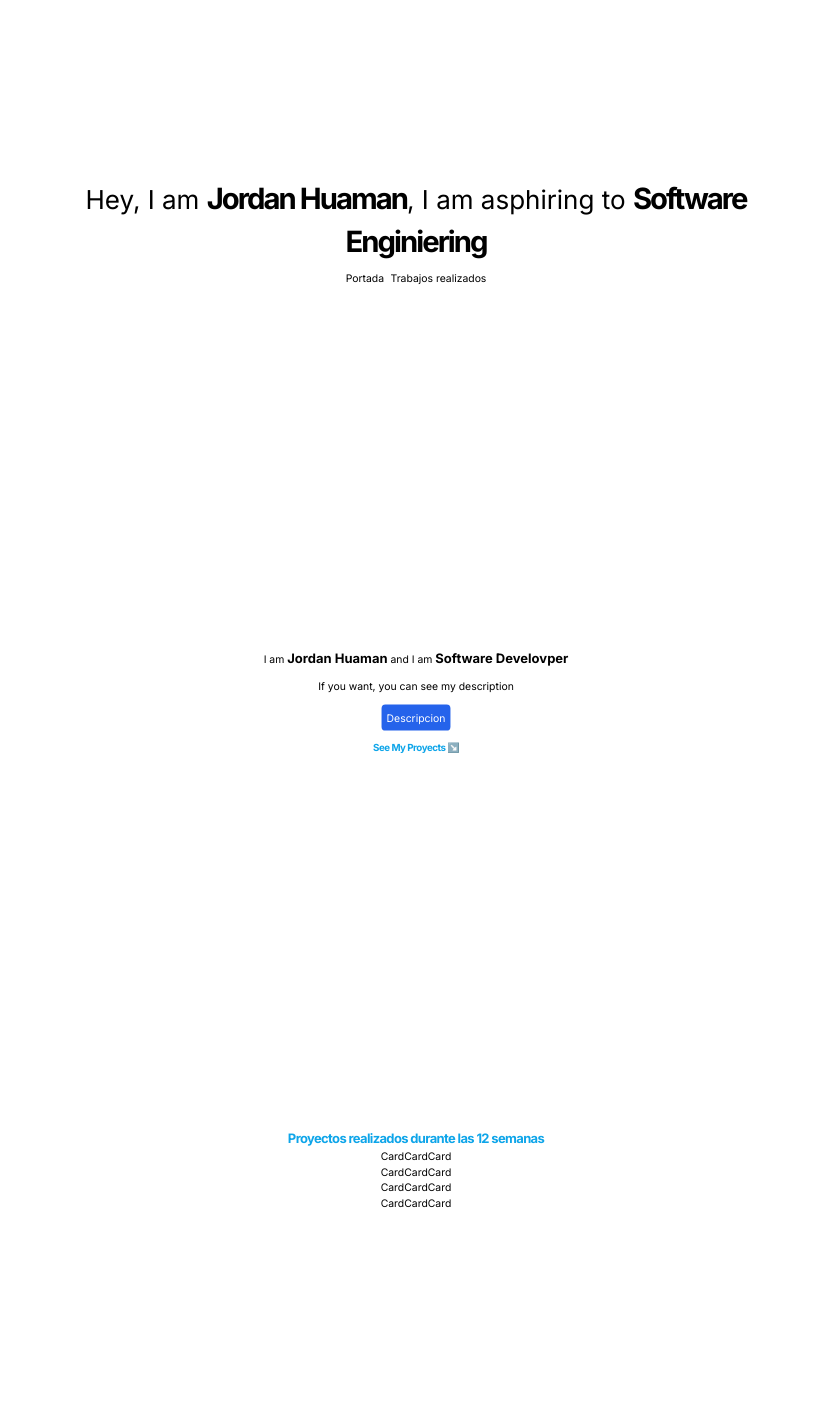
Repository: devsecops-node/portafolio-nextj-pages
Page: /
An editor plug-in stored every save of this project. The page is shown before and after the next save, followed by the edit.
The browser window is 1280 px wide. The pictures show the whole page, at 65% of full size.
The project was rebuilt for these pictures with package versions that can differ from the ones it lists, and the page was loaded fresh each time. The framework's server and built-in components were replaced by stand-ins that run in the browser. Also part of the build but not shown: next.config.js, src/components/Modal.jsx, src/styles/transitionPage.module.css.

Above is the page before, as saved 2024-01-15 04:39:33.

### src/app/page.js
"use client"
import Dashboard from '@/components/Dashboard'
import Transition from '@/components/Transition'
import Image from 'next/image'
import { useEffect, useState } from 'react'

export default function Home() {
  const [showAnimation, setShowAnimation] = useState(true)

  useEffect(() => {
    console.log('Ejecutando')
    setTimeout(() => {
      setShowAnimation(false)
    }, 2000)
  }, [])
  return (
    <main className='h-[100vh]'>
      {showAnimation ? <Transition /> : <Dashboard />}
    </main>
  )
}

### src/components/Dashboard.jsx
import React from 'react'
import stles from "@/styles/dashboard.module.css"
import Portada from './Portada'
import { useRef } from 'react'
import Proyects from './Proyects'

const Dashboard = () => {

  const scrollToPortada = () => {
    const portada = document.getElementById('portada')

    if (portada) {
      console.log('ejecutando id')
      portada.scrollIntoView({ behavior: 'smooth' })
    }
  }

  const scrollToProyects = () => {
    const portada = document.getElementById('proyects')

    if (portada) {
      console.log('ejecutando id')
      portada.scrollIntoView({ behavior: 'smooth' })
    }
  }

  return (
    <section className={stles.home_view}>
      <div className='h-screen flex justify-center items-center flex-col'>
        <div className={stles.home_view_principal}>
          <p className={stles.animar_text} id='detec'> Hey, I am <span className="animacion-bolder">Jordan
            Huaman</span>, I am asphiring to <span className={stles.detect}>Software Enginiering</span>
          </p>
        </div>
        <div className={stles.home_view_links}>
          <a onClick={scrollToPortada} className={stles.animar_abajo}>
            <p>Portada</p>
          </a>
          {/* <a href="" className={stles.animar_abajo}>
            <p>Bienvenida Introduccion</p>
          </a>
          <a href="" className={stles.animar_arriba}>
            <p>Tabla de contenido</p>
          </a><a href="" className={stles.animar_arriba}>
            <p>Informacion sobre mi</p>
          </a> */}
          <a  onClick={scrollToProyects} className={stles.animar_abajo}>
            <p>Trabajos realizados</p>
          </a>

        </div>
        <div>
        </div>
      </div>
      <div id='portada'>
        <Portada scrolProyects={scrollToProyects}/>
      </div>
      <div id='proyects'>
        <Proyects/>
      </div>
    </section>
  )
}

export default Dashboard

### src/components/Transition.jsx
import React from 'react'
import styles from "@/styles/transitionPage.module.css"

const Transition = () => {
  return (
    <div className={styles.home}>
      <main className=''>
        <p className={styles.text_1}>Jh</p>
        <p className={styles.text_2}>Jordan Huaman - Porfolio</p>
      </main>
      <footer>
        <p className={styles.text_3}>Software Engineerin - 2024</p>
      </footer>
    </div>
  )
}

export default Transition

### src/styles/dashboard.module.css
/* ? Home-view part */
.home_view {
  height: 100%;
}

.animar_text {
  animation: apper-2 2s;
  -webkit-animation: apper-2 2s;
}

.home_view_principal {
  width: 90%;
  margin: 0 auto;
}

.home_view_principal p {
  text-align: center;
  font-size: 40px;
}

.home_view_principal p span {
  font-size: 45px;
  letter-spacing: -3px;
  font-weight: bold;
}

.home_view_principal p span:hover .child {
  background-color: red;
}

@keyframes apper-2 {
  0% {
    opacity: 0;
    transform: translateY(-200px);
    -webkit-transform: translateY(-200px);
    -moz-transform: translateY(-200px);
    -ms-transform: translateY(-200px);
    -o-transform: translateY(-200px);
  }

  50% {
    opacity: 1;
    transform: translateY(-20px);
    -webkit-transform: translateY(-20px);
    -moz-transform: translateY(-20px);
    -ms-transform: translateY(-20px);
    -o-transform: translateY(-20px);
  }

  100% {
    opacity: 1;
    transform: translateY(0px);
    -webkit-transform: translateY(0px);
    -moz-transform: translateY(0px);
    -ms-transform: translateY(0px);
    -o-transform: translateY(0px);
  }
}

.home_view_links {
  display: flex;
  padding: 10px;
  justify-content: space-between;
  gap: 10px;
}

/* Line aniamtion */
.line-animation {
  display: inline;
  cursor: pointer;
  position: relative;
  /* padding: 5px; */
}

.line-animation::after {
  /* margin-top: 10px; */
  content: "";
  position: absolute;
  width: 100%;
  height: 3px;
  top: auto;
  bottom: 14px;
  left: -4px;
  transform: scaleX(0);
  box-shadow: 0 5px 0 black;
  transform-origin: bottom right;
  transition: transform 0.5s ease-out;
}

.line-animation:hover:after {
  transform: scaleX(1);
  transform-origin: bottom left;
}

.animacion-bolder {
  animation: animar-bold 2s linear alternate slidein;
  -webkit-animation: animar-bold 2s linear alternate slidein;
}

.animar_arriba{
  animation: apper-arriba 2s;
  -webkit-animation: apper-arriba 2s;
}
.animar_abajo{
  cursor: pointer;
  animation: apper-abajo 2s;
  -webkit-animation: apper-abajo 2s;

}

@keyframes apper-arriba {
  0% {
    opacity: 0;
    transform: translateY(200px);
    -webkit-transform: translateY(200px);
    -moz-transform: translateY(200px);
    -ms-transform: translateY(200px);
    -o-transform: translateY(200px);
}

  50% {
    opacity: 1;
    transform: translateY(-20px);
    -webkit-transform: translateY(-20px);
    -moz-transform: translateY(-20px);
    -ms-transform: translateY(-20px);
    -o-transform: translateY(-20px);
  }

  100% {
    opacity: 1;
    transform: translateY(0px);
    -webkit-transform: translateY(0px);
    -moz-transform: translateY(0px);
    -ms-transform: translateY(0px);
    -o-transform: translateY(0px);
  }
}
@keyframes apper-abajo {
  0% {
    opacity: 0;
    transform: translateY(-200px);
    -webkit-transform: translateY(-200px);
    -moz-transform: translateY(-200px);
    -ms-transform: translateY(-200px);
    -o-transform: translateY(-200px);
}

  50% {
    opacity: 1;
    transform: translateY(-20px);
    -webkit-transform: translateY(-20px);
    -moz-transform: translateY(-20px);
    -ms-transform: translateY(-20px);
    -o-transform: translateY(-20px);
  }

  100% {
    opacity: 1;
    transform: translateY(0px);
    -webkit-transform: translateY(0px);
    -moz-transform: translateY(0px);
    -ms-transform: translateY(0px);
    -o-transform: translateY(0px);
  }
}

@keyframes animar-bold {
  0% {
    opacity: 0;
  }

  100% {
    opacity: 1;
  }
}

### src/components/Portada.jsx
import React, { useState } from 'react'
import Modal from './Modal'

const Portada = ({ scrolProyects }) => {
  const [modal, setModal] = useState(false)
  const showModal = () => {
    setModal(true)
  }
  const closeModal = () => {
    setModal(false)
  }

  const srolPro = () => {
    scrolProyects()
  }

  return (
    <div className='h-screen flex justify-center items-center relative'>
      <section className='flex justify-center flex-col items-center gap-4'>
        <p>I am <span className='text-[20px] font-bold'>Jordan Huaman</span> and I am <span className='text-[20px] font-bold'>Software Develovper</span></p>
        <p>If you want, you can see my description</p>
        <button onClick={showModal} className='bg-blue-600 p-2 rounded-md text-white hover:scale-105 duration-150 ease-in-out'>Descripcion</button>
        {modal ? <Modal setModal={closeModal}  /> : <></>}
        <p className='text-sky-500 font-bold tracking-tighter text-[15px] transition-all duration-150 hover:scale-105 ease-in-out cursor-pointer' onClick={srolPro}>See My Proyects <span>↘️</span></p>
      </section>
    </div>
  )
}

export default Portada

### src/components/Proyects.jsx
import React from 'react'
import Card from './Card';
import styles from '@/styles/proyectos.module.css'

const Proyects = () => {
  const planDeEstudios = [
    {
      semana: 1,
      tecnologias_usadas: [
        "Fundamentos de tecnologías web",
        "DNS",
        "Protocolo TCP/IP",
        "Protocolo HTTP"
      ],
      reflexion: "Roles en el desarrollo de Aplicaciones para Internet",
      proyecto: "Desarrollo de una aplicación web",
      resumen_de_clase: "Herramienta de desarrollo - Visual Studio Code"
    },
    {
      semana: 2,
      tecnologias_usadas: ["HTML", "XML", "SEO", "CSS3"],
      reflexion: "Estructura HTML y XML, Árbol DOM, Renderizado de Árbol",
      proyecto: "Diseño de una página web",
      resumen_de_clase: "Diseño flexbox, diseño fluido y diseño responsivo"
    },
    {
      semana: 3,
      tecnologias_usadas: ["Bootstrap", "Tailwind"],
      reflexion: "Desarrollo de una página web Front-End con Librerías CSS",
      proyecto: "Práctica Calificada 01: Desarrollo de un sitio web con framework",
      resumen_de_clase: "Tipografía, Layout, Flexbox, Application UI"
    },
    {
      semana: 4,
      tecnologias_usadas: ["Javascript", "DOM", "Canvas"],
      reflexion: "Desarrollo de una página web Front-End con Javascript",
      proyecto: "Trabajo 01: Manejar el DOM con Javascript y Canvas",
      resumen_de_clase: "Funciones, Clases, Arrays, Objetos Map y Set"
    },
    {
      semana: 5,
      tecnologias_usadas: ["Framework JS"],
      reflexion: "Estructura y operación de Framework – Client Side Rendering",
      proyecto: "Laboratorio 05A: Pasar datos con props y children y mostrar en un componente hijo",
      resumen_de_clase: "Gestión de dependencias, Desarrollo basado en componentes"
    },
    {
      semana: 6,
      tecnologias_usadas: ["Eventos", "Condicionales", "Bucles", "APIs"],
      reflexion: "Desarrollo con Eventos, Condicionales y Bucles con Framework JS",
      proyecto: "Laboratorio 06A: Eventos y Renderizado Condicional e iterativo con datos de una API",
      resumen_de_clase: "Promesas, Async await, Consumo de APIs con Axios"
    },
    {
      semana: 7,
      tecnologias_usadas: ["Hooks"],
      reflexion: "Uso de Hooks",
      proyecto: "Laboratorio 09: Uso de hooks",
      resumen_de_clase: "UseState, UseEffect, UseContext, UseRef, UseReducer, UseCallback, useMemo"
    },
    {
      semana: 9,
      tecnologias_usadas: ["Next JS", "Typescript"],
      reflexion: "Next JS – CSR / SSR, Typescript",
      proyecto: "Laboratorio 10: Caso práctico consumo de API",
      resumen_de_clase: "De javascript a typescript"
    },
    {
      semana: 10,
      tecnologias_usadas: ["Next JS", "Typescript", "Static Generate", "Incremental Static Generation"],
      reflexion: "Next JS – CSR / SSR, Static Generate – Static Regeneratión, Incremental Static Regeneration (ISR)",
      proyecto: "Laboratorio 10: Caso práctico consumo de API",
      resumen_de_clase: "Incremental Static Generation (ISG)"
    },
    {
      semana: 11,
      tecnologias_usadas: ["Server Side Props", "Next Auth"],
      reflexion: "Server Side Props, Next Auth",
      proyecto: "Laboratorio 11: Subsistema de autenticación con Next JS",
      resumen_de_clase: "getServerSideProps, Next Auth, Middlewares"
    },
    {
      semana: 13,
      tecnologias_usadas: ["Spring", "HTTP", "MVC", "API Rest"],
      reflexion: "Desarrollar API Rest con Spring",
      proyecto: "Laboratorio 13: Desarrollo de una API Rest y Despliegue.",
      resumen_de_clase: "Arquitectura API Rest"
    },
    {
      semana: 14,
      tecnologias_usadas: ["Eureka", "Microservicios", "Configuración avanzada en Eureka", "Configuración en la nube"],
      reflexion: "Registro de Microservicios en Eureka",
      proyecto: "Resumen del registro de microservicio",
      resumen_de_clase: "Consumo de un Microservicio"
    }
  ];

  return (
    <div className='h-screen flex justify-center items-center flex-col'>
      <p className='text-sky-500 font-bold text-[20px]  tracking-tighter'>Proyectos realizados durante las 12 semanas</p>
      <div className={styles.proyectos}>
        {planDeEstudios.map(proyec => <Card />)}
      </div>
    </div>
  )
}

export default Proyects

### src/styles/proyectos.module.css
.proyectos{
  display: grid;
  grid-template-columns: repeat(3,1fr);
}

Loaded but not shown: src/app/layout.js (common file); src/app/globals.css (common file); src/components/Card.jsx (common file); tailwind.config.js (common file)

After the next save:
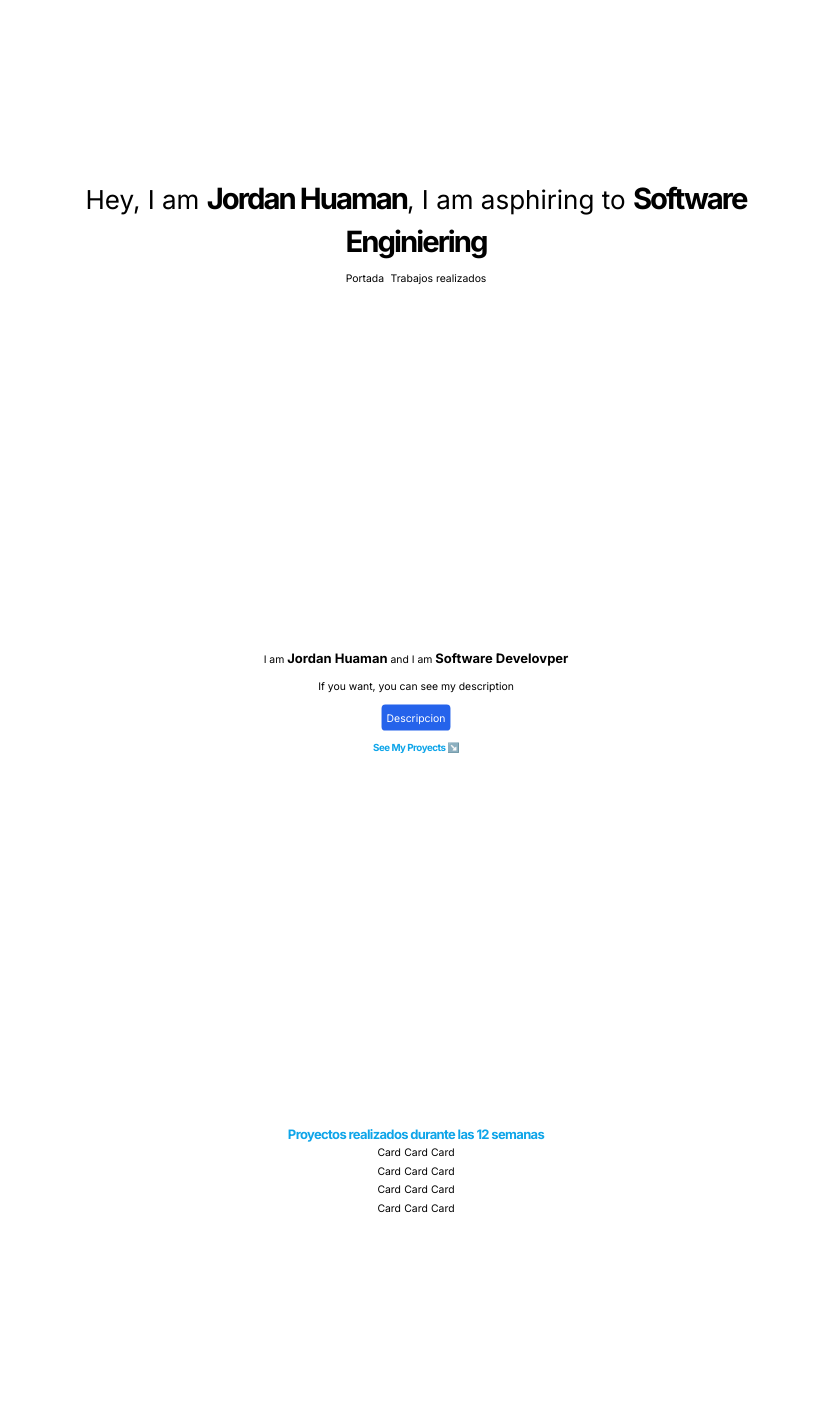
Saved 8 s later.
--- a/src/styles/proyectos.module.css
+++ b/src/styles/proyectos.module.css
@@ -1,4 +1,5 @@
 .proyectos{
   display: grid;
   grid-template-columns: repeat(3,1fr);
+  gap: 5px;
 }
